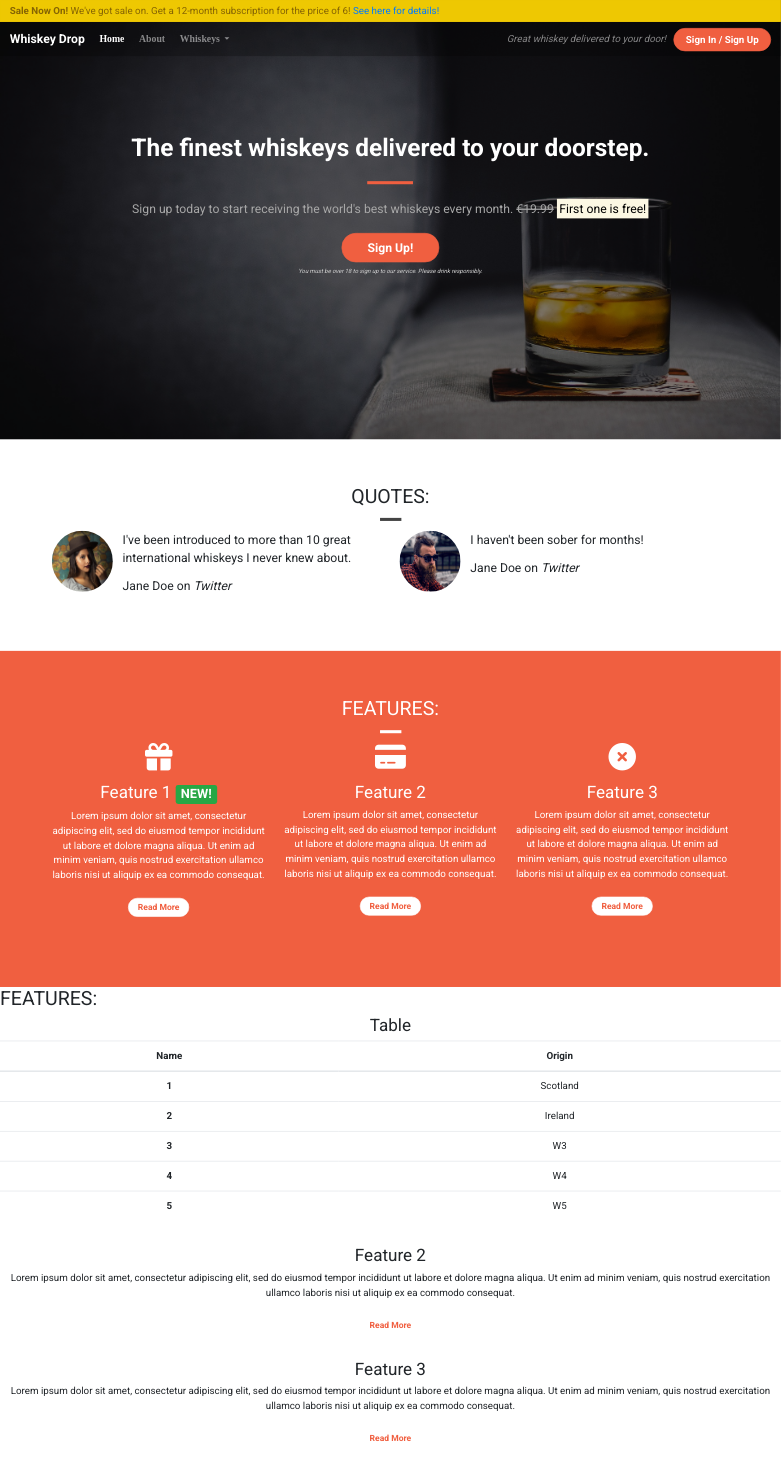
Repository: Coder731/blank_for_aws
Page: index2.html
The author's editor kept a record of every edit. The page is drawn from the files as they stood at one moment, then again after the next edit.
The browser window is 1280 px wide. The pictures show the whole page, at 61% of full size.
Backgrounds fixed to the window are drawn as part of the page. Some web libraries are served in a nearby version.

Above is the page before.

After the next edit:
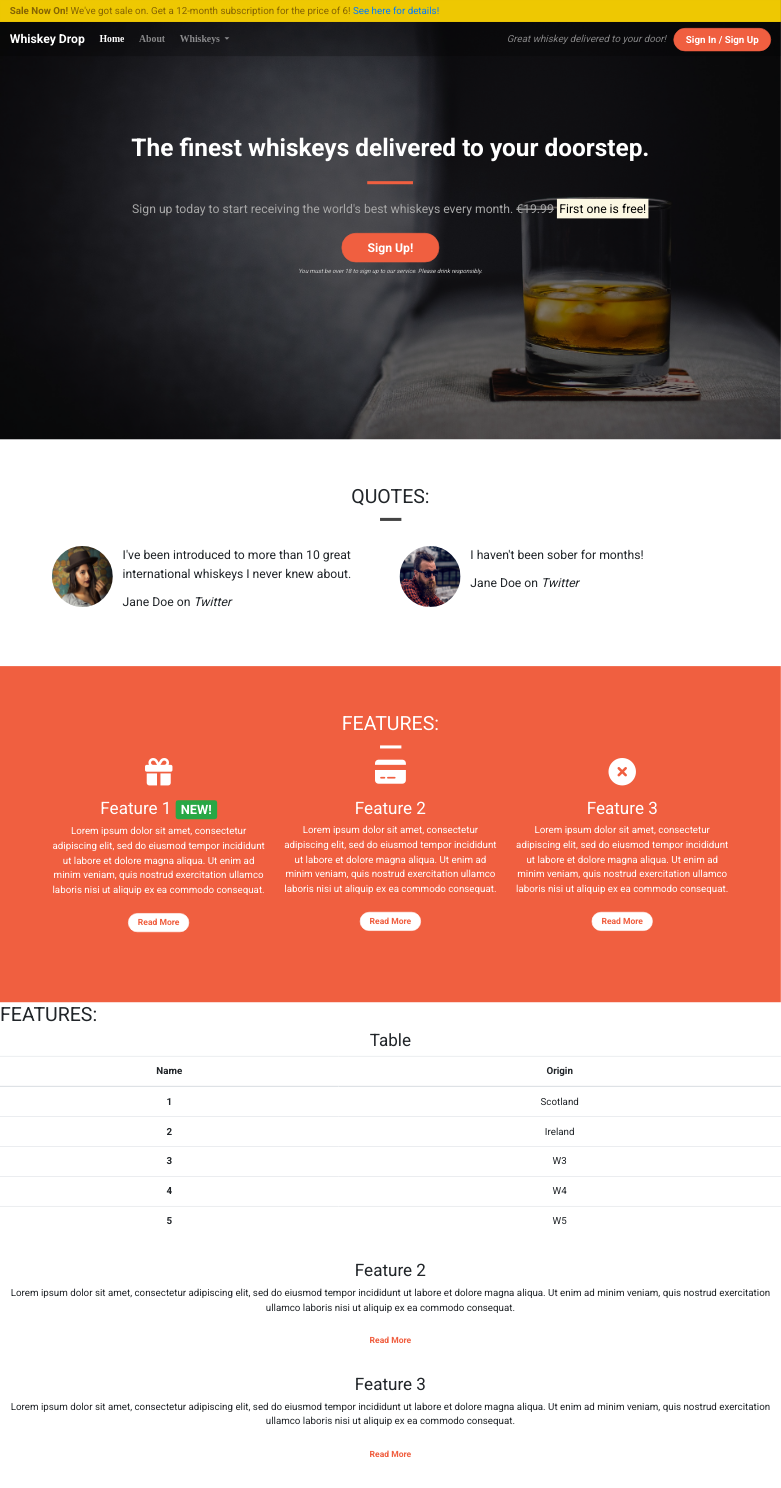
The edit:
--- a/css/style.css
+++ b/css/style.css
@@ -62,6 +62,10 @@
 
 .page-header h2 {
     margin-top: 0;
+}
+
+.quotes .page-header {
+    margin-bottom: 25px;
 }
 
 /* Block dividers */
